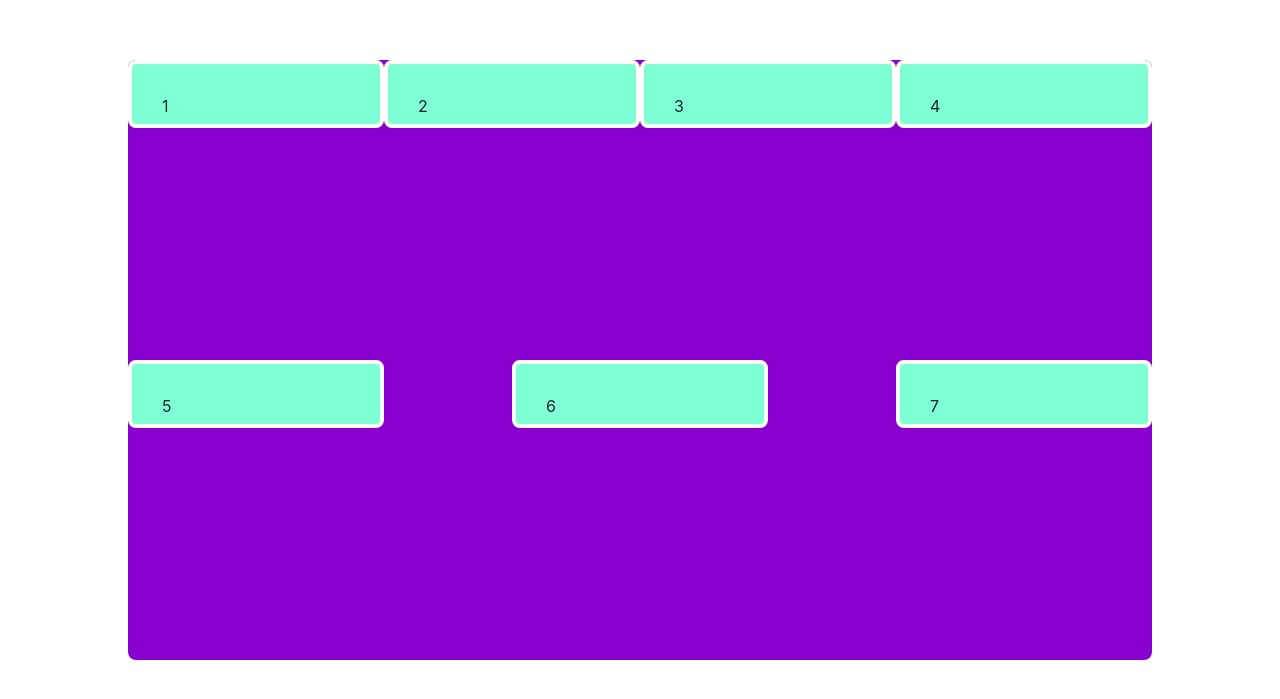
Repository: alessandradiamantino/Curso-Front-End-Design
Page: 1 - Introdução ao HTML e CSS/3 - Layouts, Grids e Flexbox/Bootstrap Grid system/index.html
These files come from the project's save history. The page is drawn as it stood at one moment and after the next save; the edit follows.
The browser window is 1280 px wide. The pictures show the whole page.

Above is the page before, as saved 2023-04-24 10:51:03.

After the next save:
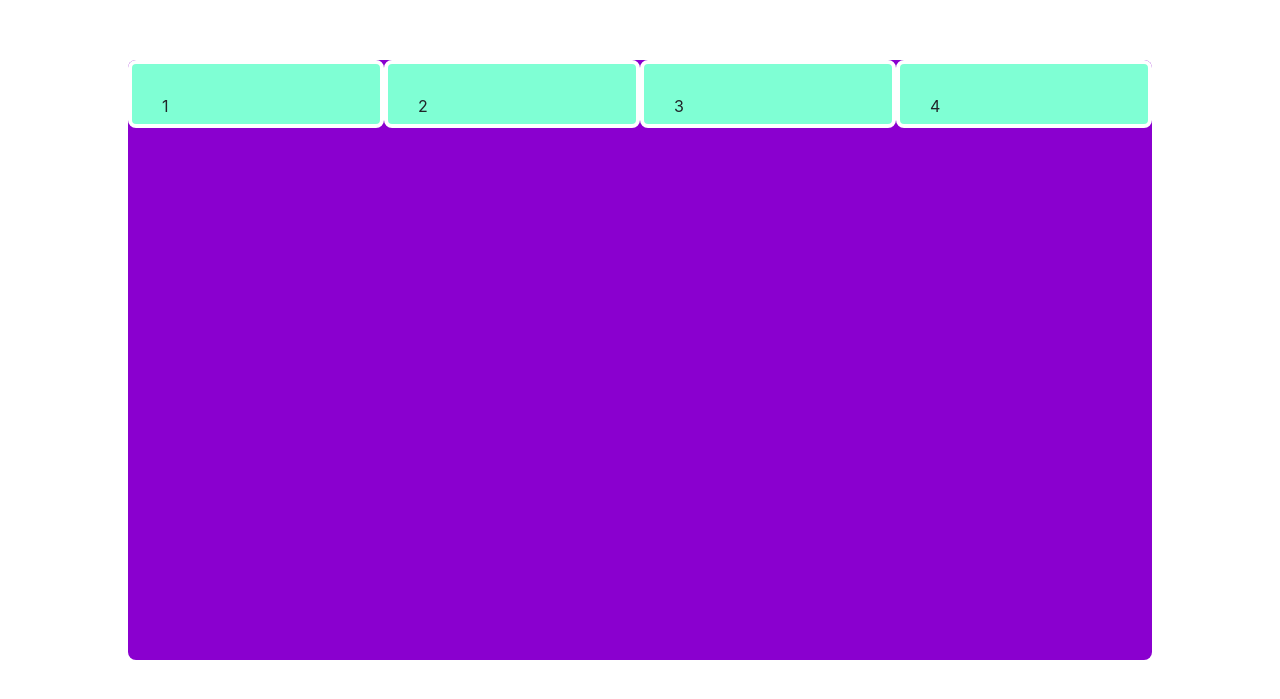
Saved 12 s later.
--- a/1 - Introdução ao HTML e CSS/3 - Layouts, Grids e Flexbox/Bootstrap Grid system/index.html
+++ b/1 - Introdução ao HTML e CSS/3 - Layouts, Grids e Flexbox/Bootstrap Grid system/index.html
@@ -32,15 +32,6 @@
     <div class="my-item">
       4
     </div>
-    <div class="my-item">
-      5
-    </div>
-    <div class="my-item">
-      6
-    </div>
-    <div class="my-item">
-      7
-    </div>
    </div>
 </body>
 </html>
